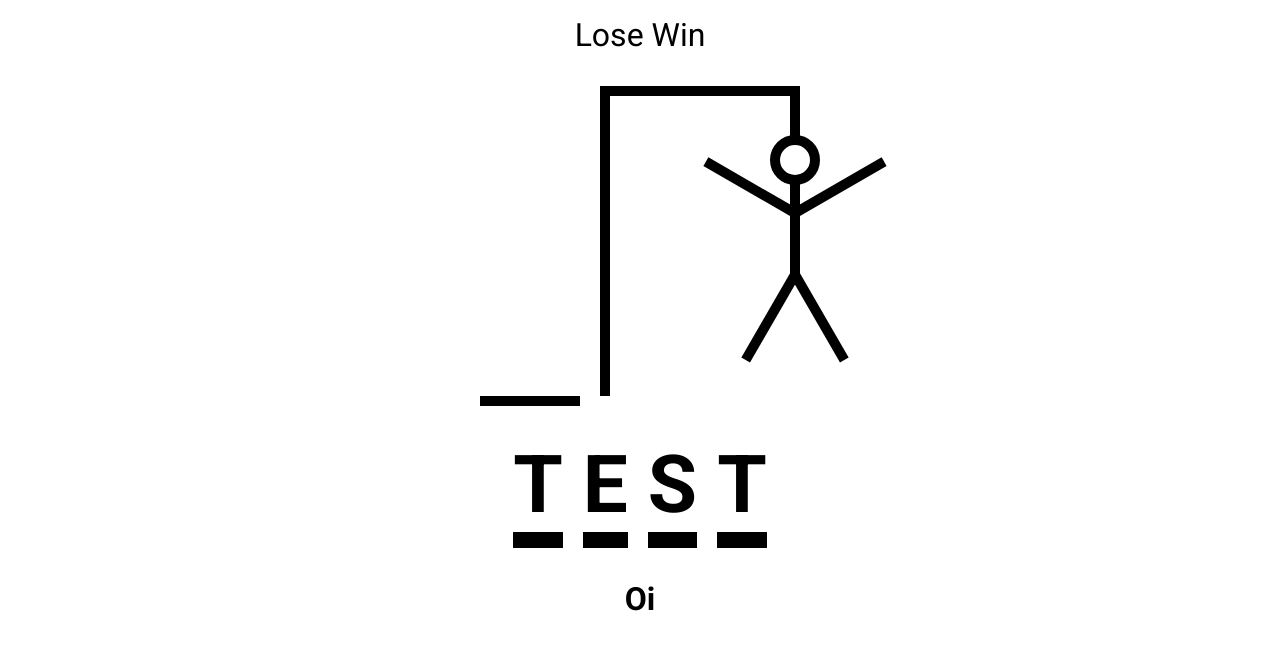
Repository: guilhermecardoso93/jogodaforca
Page: /
An editor plug-in stored every save of this project. The page is shown before and after the next save, followed by the edit.
The browser window is 1280 px wide. The pictures show the whole page.
The project was rebuilt for these pictures with package versions that can differ from the ones it lists, and the page was loaded fresh each time. Also part of the build but not shown: vite.config.ts.

Above is the page before, as saved 2022-12-06 21:16:03.

### index.html
<!DOCTYPE html>
<html lang="en">
  <head>
    <meta charset="UTF-8" />
    <link rel="icon" type="image/svg+xml" href="/vite.svg" />
    <meta name="viewport" content="width=device-width, initial-scale=1.0" />
    <link rel="preconnect" href="https://fonts.googleapis.com"><link
      rel="preconnect" href="https://fonts.gstatic.com" crossorigin><link
      href="https://fonts.googleapis.com/css2?family=Roboto:ital,wght@0,400;0,500;0,700;1,400&display=swap"
      rel="stylesheet">
    <title>Vite + React + TS</title>
  </head>
  <body>
    <div id="root"></div>
    <script type="module" src="/src/main.tsx"></script>
  </body>
</html>

### src/App.tsx
import { useState } from "react";
import words from "./wordList.json";

import { HangmanDrawing } from "./components/HangmanDrawing";
import { HangmanWord } from "./components/HangmanWord";
import { Keyboard } from "./components/Keyboard";

import "./App.css";

export function App() {
  const randomWords = () => {
    return words[Math.floor(Math.random() * words.length)];
  };

  const [wordToGuess, setWordToGuess] = useState(randomWords);
  const [guessedLetters, setGuessedLetters] = useState<string[]>([]);

  console.log(wordToGuess);
  return (
    <div className="container">
      <div className="loseOrWin">Lose Win</div>
      <HangmanDrawing />
      <HangmanWord />
      <Keyboard />
    </div>
  );
}

### src/wordList.json
[
  "capaz",
  "sobre",
  "absoluto",
  "aceitar",
  "conta",
  "alcançar",
  "através",
  "ativo",
  "real",
  "Admitem",
  "anunciar",
  "afetar",
  "proporcionar",
  "depois",
  "tarde",
  "novamente",
  "contra",
  "agente",
  "aceita",
  "permitir",
  "quase",
  "já",
  "tudo bem",
  "também",
  "Apesar",
  "sempre",
  "América",
  "quantia",
  "outro",
  "responda",
  "separado",
  "aparente",
  "aparecer",
  "Aplique",
  "nomear",
  "abordagem",
  "apropriado",
  "área",
  "argumentar",
  "arranjo",
  "associado",
  "presumir",
  "participar",
  "autoridade",
  "acessível",
  "consciente",
  "horrível",
  "bebê",
  "Saldo",
  "bola",
  "banco",
  "base",
  "base",
  "urso",
  "bater",
  "beleza",
  "Porque",
  "antes da",
  "começar",
  "acreditam",
  "beneficiar",
  "melhor",
  "entre",
  "conta",
  "nascimento",
  "Preto",
  "cara",
  "sangue",
  "golpe",
  "limite",
  "linha",
  "Lista",
  "ouço",
  "pequena",
  "viver",
  "carregar",
  "local",
  "trancar",
  "Londres",
  "grandes",
  "olhar",
  "senhor",
  "perder",
  "amor",
  "sorte",
  "almoço",
  "máquina",
  "faço",
  "gerir",
  "muitos",
  "marca",
  "mercado",
  "casar",
  "Combine",
  "matéria",
  "significa",
  "significado",
  "a medida",
  "encontrar",
  "membro",
  "menção",
  "meio",
  "poderia",
  "milha",
  "ouvir",
  "coração",
  "aquecer",
  "pesado",
  "inferno",
  "ajuda",
  "aqui",
  "Alto",
  "história",
  "aguarde",
  "feriado",
  "casa",
  "honesto",
  "esperança",
  "cavalo",
  "hospital",
  "hora",
  "lar",
  "Contudo",
  "olá",
  "centenas",
  "esposo",
  "idéia",
  "identificar",
  "Imagine",
  "importante",
  "melhorar",
  "incluir",
  "renda",
  "aumentar",
  "na verdade",
  "Individual",
  "indústria",
  "informar",
  "garantir",
  "interesse",
  "em",
  "introduzir",
  "investir",
  "envolver",
  "questão",
  "item",
  "Jesus",
  "Junte",
  "juiz",
  "pular",
  "apenas",
  "guarda",
  "matar",
  "Gentil",
  "rei",
  "cozinha",
  "bater",
  "conhecer",
  "trabalho",
  "senhora",
  "terra",
  "Língua",
  "ampla",
  "último",
  "tarde",
  "riso",
  "conduzir",
  "aprender",
  "sair",
  "deixei",
  "menos",
  "carta",
  "nível",
  "vida",
  "leve",
  "Curti",
  "provável",
  "cinco",
  "apartamento",
  "piso",
  "Segue",
  "Comida",
  "pé",
  "força",
  "esquecer",
  "Formato",
  "fortuna",
  "frente",
  "quatro",
  "França",
  "gratuitamente",
  "amigo",
  "a partir de",
  "frente",
  "cheio",
  "função",
  "fundo",
  "futuro",
  "jogos",
  "jardim",
  "em geral",
  "Alemanha",
  "menina",
  "dar",
  "vidro",
  "Boa",
  "adeus",
  "governo",
  "grande",
  "conceder",
  "excelente",
  "verde",
  "chão",
  "grupo",
  "crescer",
  "acho",
  "cabelo",
  "metade",
  "corredor",
  "mão",
  "pendurar",
  "acontecer",
  "feliz",
  "duro",
  "odiar",
  "tenho",
  "cabeça",
  "saúde"
]

### src/components/HangmanDrawing.tsx
const HEAD = (
  <div
    style={{
      width: "50px",
      height: "50px",
      borderRadius: "100%",
      border: "10px solid black",
      position: "absolute",
      top: "49px",
      right: "-20px",
    }}
  />
);

const BODY = (
  <div
    style={{
      width: "10px",
      height: "100px",
      background: "black",
      position: "absolute",
      top: "90px",
      right: 0,
    }}
  />
);

const RIGHT_ARM = (
  <div
    style={{
      width: "100px",
      height: "10px",
      background: "black",
      position: "absolute",
      top: "120px",
      right: "-100px",
      rotate: "-30deg",
      transformOrigin: "left bottom",
    }}
  />
);

const LEFT_ARM = (
  <div
    style={{
      width: "100px",
      height: "10px",
      background: "black",
      position: "absolute",
      top: "120px",
      right: "10px",
      rotate: "30deg",
      transformOrigin: "right bottom",
    }}
  />
);

const RIGHT_LEG = (
  <div
    style={{
      width: "100px",
      height: "10px",
      background: "black",
      position: "absolute",
      top: "180px",
      right: "-90px",
      rotate: "60deg",
      transformOrigin: "left bottom",
    }}
  />
);

const LEFT_LEG = (
  <div
    style={{
      width: "100px",
      height: "10px",
      background: "black",
      position: "absolute",
      top: "180px",
      right: 0,
      rotate: "-60deg",
      transformOrigin: "right bottom",
    }}
  />
);

const BODY_PARTS = [HEAD, BODY, RIGHT_ARM, LEFT_ARM, RIGHT_LEG, LEFT_LEG];

type HangmanDrawingProps = {
  numberOfGuesses: number
}

export function HangmanDrawing() {
  return (
    <div style={{ position: "relative" }}>
      {BODY_PARTS}
      <div
        style={{
          height: "50px",
          width: "10px",
          background: "black",
          position: "absolute",
          top: 0,
          right: 0,
        }}
      />
      <div
        style={{
          height: "10px",
          width: "200px",
          background: "black",
          marginLeft: "120px",
        }}
      />
      <div
        style={{
          height: "300px",
          width: "10px",
          background: "black",
          marginLeft: "120px",
        }}
      />
      <div style={{ height: "10px", width: "100px", marginRight: '-110px', background: "black" }} />
    </div>
  );
}

### src/components/HangmanWord.tsx
import "../App.css";

export function HangmanWord() {
  const word = 'test'
  return (
    <div className="HangmanWordContainer">
      {
        word.split('').map((letter, index) => (
          <span>{letter}</span>
        ))}
    </div>
  )
}

### src/components/Keyboard.tsx
export function Keyboard() {
  return (
    <div>
      <h1>Oi</h1>
    </div>
  )
}

### src/App.css
* {
  margin: 0;
  passing: 0;
  box-sizing: border-box;
  font-family: "Roboto", sans-serif;
}

body {
  margin: 1rem;
}

.container {
  max-width: 800px;
  display: flex;
  flex-direction: column;
  gap: 2rem;
  margin: 0 auto;
  align-items: center;
  justify-content: center;
}

.loseOrWin {
  font-size: 2rem;
  text-align: center;
}

.HangmanWordContainer {
  display: flex;
  gap: 0.25em;
  font-size: 5rem;
  font-weight: bold;
  text-transform: uppercase;
}

.HangmanWordContainer > span {
  border-bottom: 1rem solid black;
}

Loaded but not shown: src/main.tsx (common file)

After the next save:
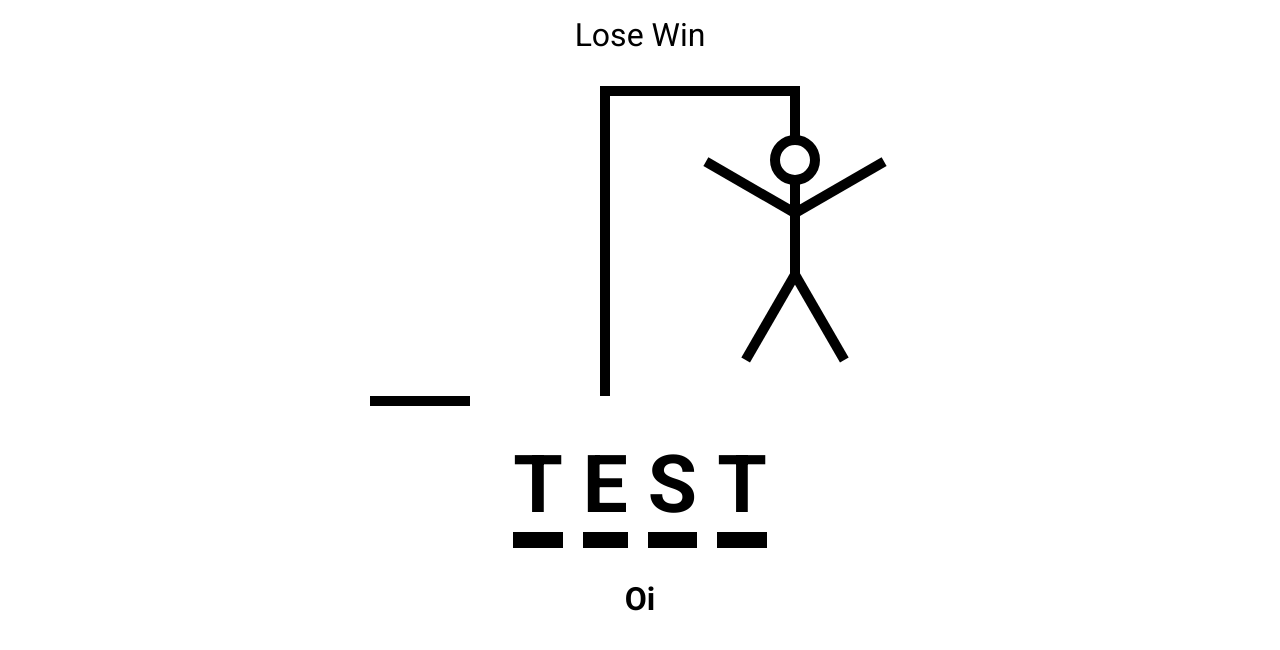
Saved 12 s later.
--- a/src/components/HangmanDrawing.tsx
+++ b/src/components/HangmanDrawing.tsx
@@ -121,7 +121,7 @@
           marginLeft: "120px",
         }}
       />
-      <div style={{ height: "10px", width: "100px", marginRight: '-110px', background: "black" }} />
+      <div style={{ height: "10px", width: "100px", marginLeft: '-110px', background: "black" }} />
     </div>
   );
 }

After the 3 saves that followed:
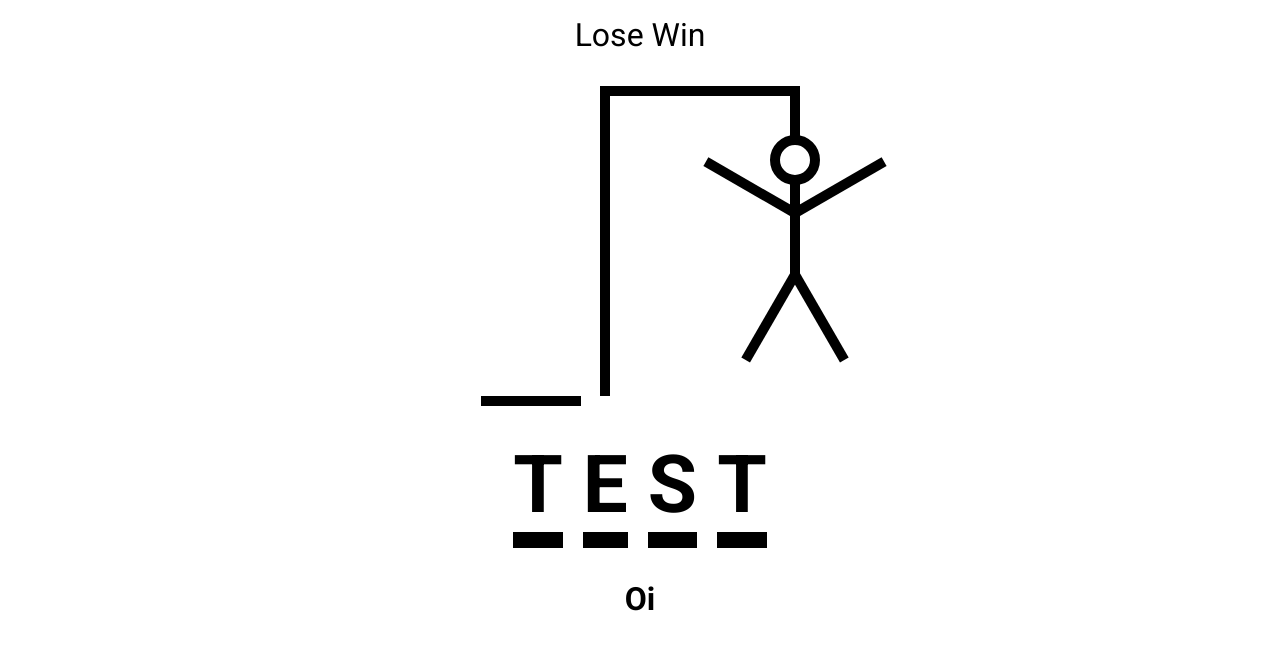
The 3 saves are shown as one change because they came seconds apart.
The last was saved 10 s later.
--- a/src/components/HangmanDrawing.tsx
+++ b/src/components/HangmanDrawing.tsx
@@ -121,7 +121,7 @@
           marginLeft: "120px",
         }}
       />
-      <div style={{ height: "10px", width: "100px", marginLeft: '-110px', background: "black" }} />
+      <div style={{ height: "10px", width: "100px", marginLeft: '1px', background: "black" }} />
     </div>
   );
 }
